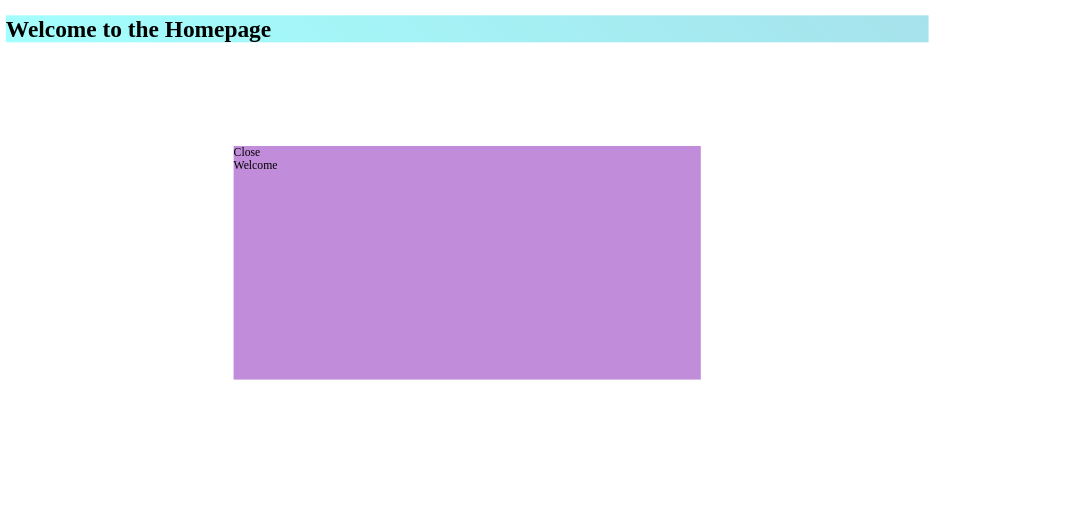
Repository: juliet-jskim/week9-popup-MDIA2109
Page: /
The author's editor kept a copy of each file at every save. The page is drawn from the files as they stood at one save, then again after the next save.
The browser window is 1280 px wide. The page is 1280 px wide, then 1466 px, so the pictures cover 1466 px, including what lies to the right of the window. The pictures show the whole page, at 73% of full size.
The project was rebuilt for these pictures with package versions that can differ from the ones it lists, and the page was loaded fresh each time. The framework's server and built-in components were replaced by stand-ins that run in the browser. Also part of the build but not shown: next.config.js.

Above is the page before, as saved 2023-02-27 10:06:08.

After the next save:
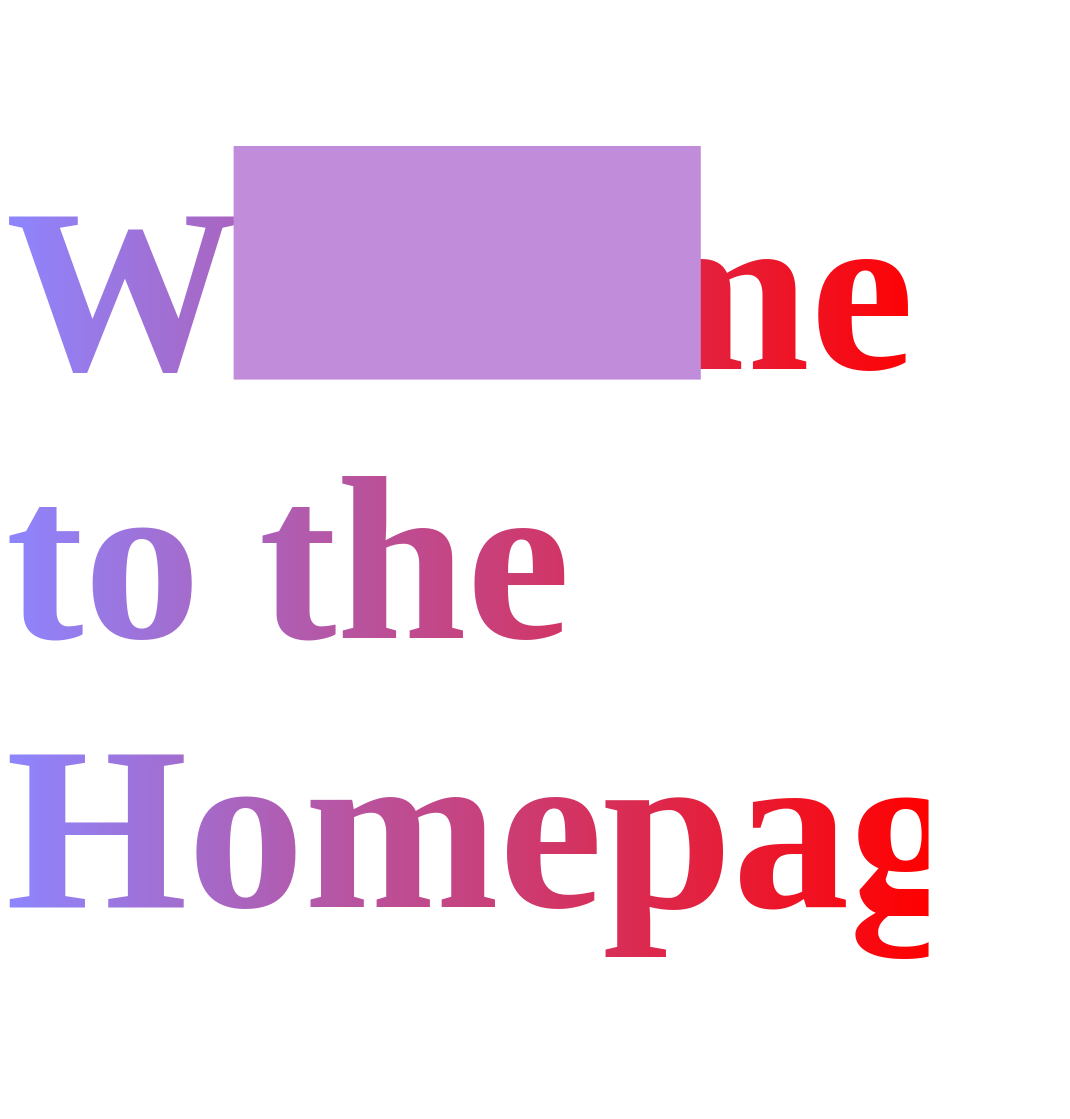
Saved 2 min 27 s later.
--- a/styles/Home.module.css
+++ b/styles/Home.module.css
@@ -1,4 +1,9 @@
 .main {
   font-family: lust;
-  background:linear-gradient(45deg, rgb(163, 255, 253), rgb(166, 226, 235));
+  background: rgb(141,134,255);
+  background: linear-gradient(90deg, rgba(141,134,255,1) 0%, rgba(255,0,0,1) 100%);
+  z-index: -1;
+  -webkit-background-clip: text;
+  -webkit-text-fill-color: transparent;
+  font-size: 10rem;
 }
